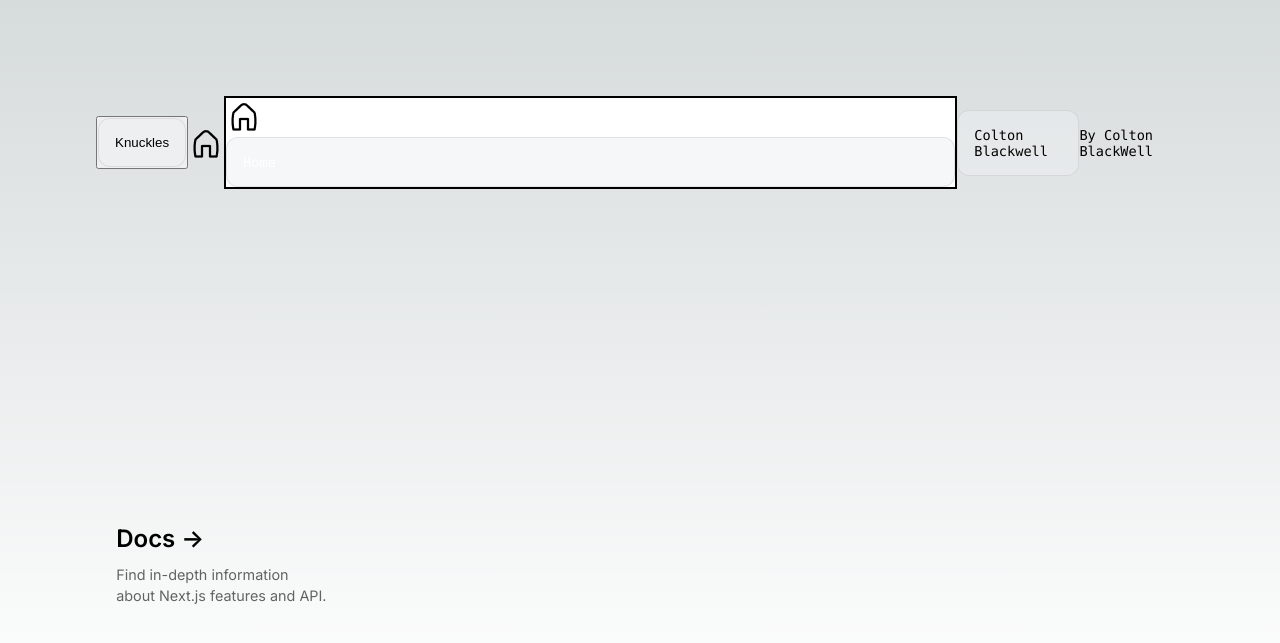
Repository: coltonBlackwell/Music_Quiz
Page: /
An editor plug-in stored every save of this project. The page is shown before and after the next save, followed by the edit.
The browser window is 1280 px wide. The pictures show the whole page.
The project was rebuilt for these pictures with package versions that can differ from the ones it lists, and the page was loaded fresh each time. The framework's server and built-in components were replaced by stand-ins that run in the browser. Also part of the build but not shown: next.config.mjs.

Above is the page before, as saved 2024-06-30 14:33:25.

After the next save:
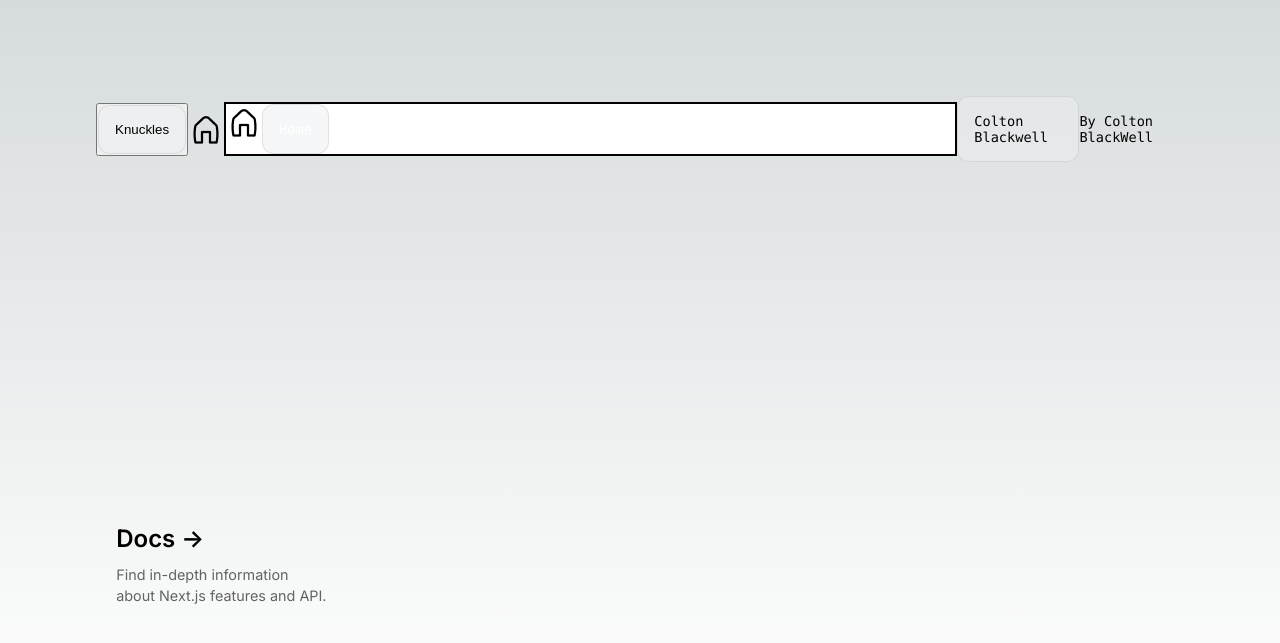
Saved 31 s later.
--- a/components/molecules/icon_home_Navigation.tsx
+++ b/components/molecules/icon_home_Navigation.tsx
@@ -3,7 +3,7 @@ import HomeIcon from "../../components/atoms/icon_home"
 
 export default function Icon_Home_Navigation(){
     return(
-        <div style={{ border: '2px solid black', width: '100%', backgroundColor: "white", color:"white" }}>
+        <div style={{ border: '2px solid black', width: '100%', backgroundColor: "white", color:"white", display:"flex", flexDirection:'row' }}>
             <HomeIcon />
             <p>Home</p>
         </div>
